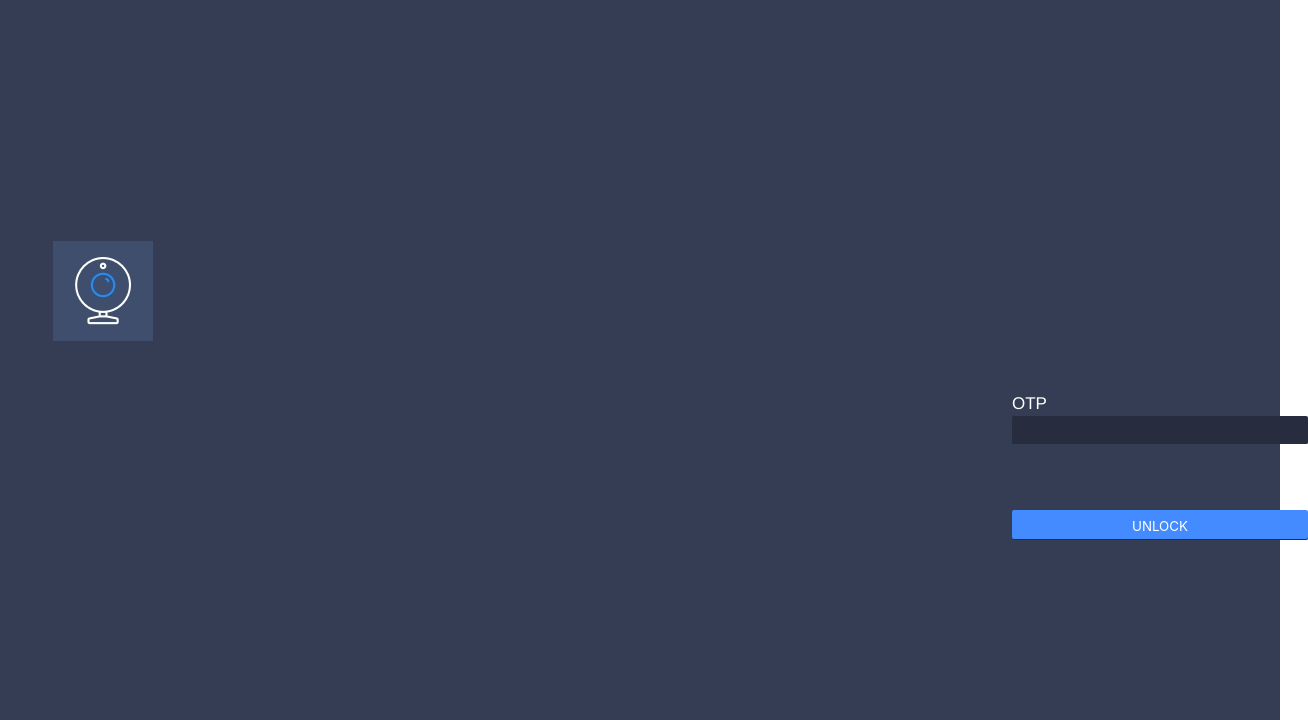
Repository: aba450/smart-door
Page: / (app in S3/smart-door-visitor/)
These files come from the project's save history. The page is drawn as it stood at one moment and after the next save; the edit follows.
The browser window is 1280 px wide. The page is 1308 px wide, so the pictures cover 1308 px, including what lies to the right of the window. The pictures show the whole page.
The project was rebuilt for these pictures with package versions that can differ from the ones it lists, and the page was loaded fresh each time.

Above is the page before, as saved 2020-03-17 19:09:52.

### S3/smart-door-visitor/src/App.js
import React from 'react';
import './App.css';
import Camera_ON from './Camera_ON.jpg'

function App() {
  return (
    <div className="App">
      {/* <header className="App-header">
        <img src={logo} className="App-logo" alt="logo" />
        <p>
          Edit <code>src/App.js</code> and save to reload.
        </p>
        <a
          className="App-link"
          href="https://reactjs.org"
          target="_blank"
          rel="noopener noreferrer"
        >
          Learn React
        </a>
      </header> */}

      <img src={Camera_ON} className="Camera-logo"/>
       <label className="otp-label">OTP</label>
        <input type="text" className="otp-input"></input>
        <button className="unlock-button">UNLOCK</button>
    </div>
  );
}

export default App;

### S3/smart-door-visitor/src/App.css
.App {
  text-align: center;
  background-color: #343d54;
  min-height: 100vh;
  display: flex;
  flex-direction: column;
  font-size: calc(10px + 2vmin);
  color: white;
}

.Camera-logo {
  position: absolute;
  height: 100px;
  width: 100px;
  left: 53px;
  top: 241px;
}

.otp-label {
  position: absolute;
  font-family:Helvetica;
  font-size:17px;
  color:#ffffff;
  letter-spacing:0;
  text-align:left;
  left:1012px;
  top:394px;
}

.otp-input {
  color:#1f8efa;
  background-color: #272d3f;
  letter-spacing:0;
  text-align:left;
  position: absolute;
  left:1012px;
  top:416px;
}

.unlock-button {
  position: absolute;
  background-color: #438bff;
  left:1012px;
  top:510px;
}

input {
    -webkit-appearance: none;
    appearance: none;
    margin: auto;
    max-width: 280px;
    border-radius: 2px;
    border: 0;
    overflow: hidden;
    width: 100%;
    font-family:-apple-system, BlinkMacSystemFont, 'Segoe UI', Roboto, Oxygen, Ubuntu, Cantarell, 'Open Sans', 'Helvetica Neue', sans-serif;
    padding: 8px 8px 8px 8px;
    height: 12px;
    font-size: 16px;
    font-weight: 400;
    box-shadow: inset 0 -1px 0  #272d3f;
    transition: all .15s ease;
}

button {
  height: 30px;
  max-width: 296px;
  margin: auto;
  width: 100%;
  color: white;
  font-family:-apple-system, BlinkMacSystemFont, 'Segoe UI', Roboto, Oxygen, Ubuntu, Cantarell, 'Open Sans', 'Helvetica Neue', sans-serif;
  border-radius: 2px;
  border: 0;
  padding: 8px 8px 8px 8px;
  box-shadow: inset 0 -1px 0  #272d3f;
    transition: all .15s ease;
}

Loaded but not shown: S3/smart-door-visitor/public/index.html (common file); S3/smart-door-visitor/src/index.js (common file); S3/smart-door-visitor/src/index.css (common file); S3/smart-door-visitor/src/serviceWorker.js (common file)

After the next save:
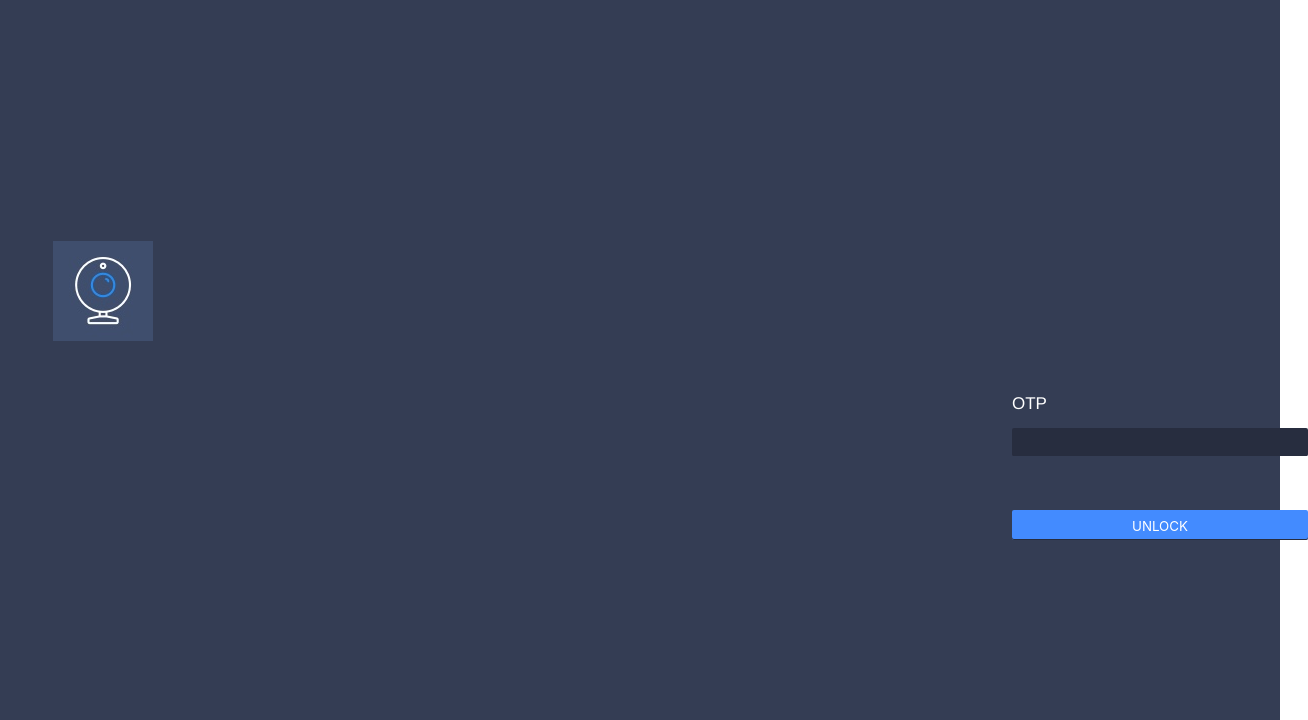
Saved 21 s later.
--- a/S3/smart-door-visitor/src/App.css
+++ b/S3/smart-door-visitor/src/App.css
@@ -34,7 +34,7 @@
   text-align:left;
   position: absolute;
   left:1012px;
-  top:416px;
+  top:428px;
 }
 
 .unlock-button {
